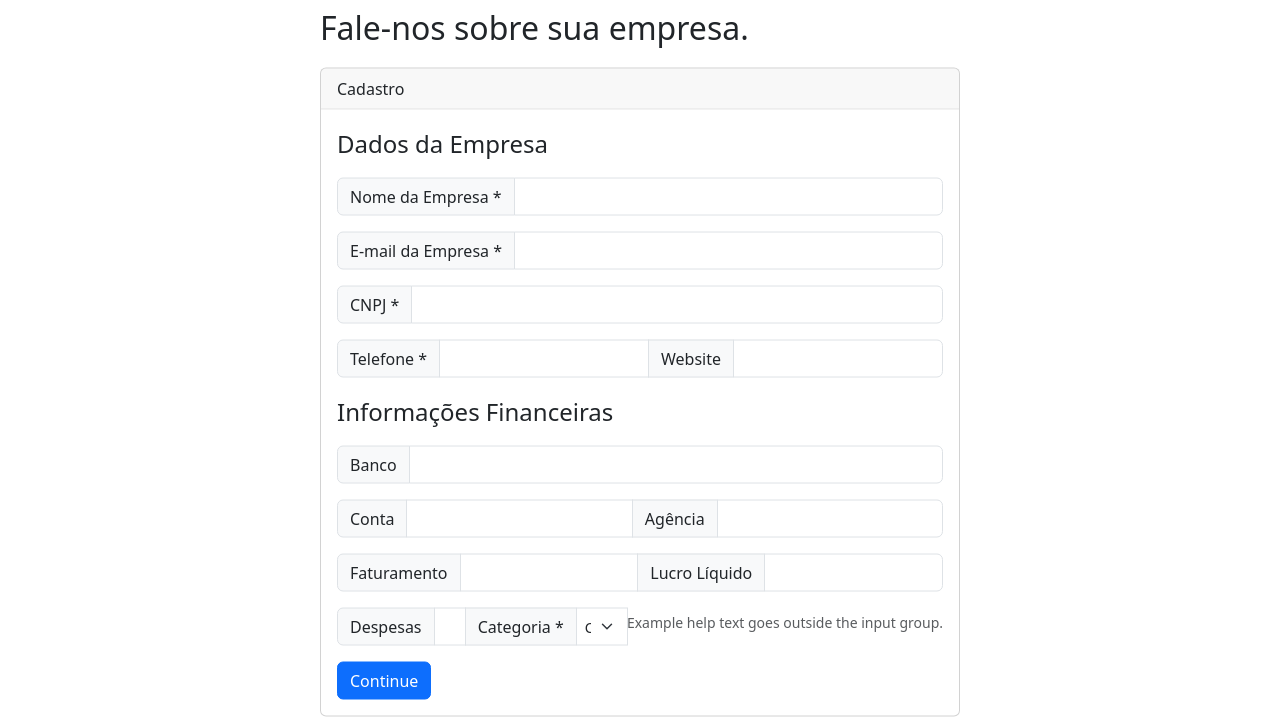
Repository: vandrecx/utilitaries
Page: http://localhost/login_archive/cadastro.php
The author's editor kept a copy of each file at every save. The page is drawn from the files as they stood at one save, then again after the next save.
The browser window is 1280 px wide. The pictures show the whole page.
The page is run by PHP 8.4 with error messages shown; the project is at /var/www/html/.

Above is the page before, as saved 2024-05-03 13:37:40.

### login_archive/cadastro.php
<?php

require_once 'Conn.php';
include 'funcoes.php';

?>

<!DOCTYPE html>
<html lang="en">
<head>
    <meta charset="UTF-8">
    <meta name="viewport" content="width=device-width, initial-scale=1.0">
    <link href="https://cdn.jsdelivr.net/npm/bootstrap@5.3.3/dist/css/bootstrap.min.css" rel="stylesheet" integrity="sha384-QWTKZyjpPEjISv5WaRU9OFeRpok6YctnYmDr5pNlyT2bRjXh0JMhjY6hW+ALEwIH" crossorigin="anonymous">
    <title>Página de Cadastro</title>
</head>
<body>
    <div style="width: 50%; justify-content: center; position: absolute; top: 50%; left: 50%; transform: translate(-50%, -50%);">
        <p class="fs-2">Fale-nos sobre sua empresa.</p>
        <div class="card">
            <div class="card-header">
                Cadastro
            </div>
            <div class="card-body">
                <p class="fs-4">Dados da Empresa</p>
                <form method="POST" action="UserSignUp.php">
                    <div class="input-group mb-3">
                        <span class="input-group-text" id="inputGroup-sizing-default">Nome da Empresa *</span>
                        <input type="text" class="form-control" aria-label="Sizing example input" aria-describedby="inputGroup-sizing-default">
                    </div>
                    <div class="input-group mb-3">
                        <span class="input-group-text" id="inputGroup-sizing-default">E-mail da Empresa *</span>
                        <input type="text" class="form-control" aria-label="Sizing example input" aria-describedby="inputGroup-sizing-default">
                    </div>
                    <div class="input-group mb-3">
                        <span class="input-group-text" id="inputGroup-sizing-default">CNPJ *</span>
                        <input type="text" class="form-control" aria-label="Sizing example input" aria-describedby="inputGroup-sizing-default">
                    </div>
                    <div class="input-group mb-3">
                        <span class="input-group-text" id="inputGroup-sizing-default">Telefone *</span>
                        <input type="text" class="form-control" aria-label="Sizing example input" aria-describedby="inputGroup-sizing-default">
                        <span class="input-group-text" id="inputGroup-sizing-default">Website</span>
                        <input type="text" class="form-control" aria-label="Sizing example input" aria-describedby="inputGroup-sizing-default">
                    </div>
                    <p class="fs-4">Informações Financeiras</p>
                    <div class="input-group mb-3">
                        <span class="input-group-text" id="inputGroup-sizing-default">Banco</span>
                        <input type="text" class="form-control" aria-label="Sizing example input" aria-describedby="inputGroup-sizing-default">
                    </div>
                    <div class="input-group mb-3">
                        <span class="input-group-text" id="inputGroup-sizing-default">Conta</span>
                        <input type="text" class="form-control" aria-label="Sizing example input" aria-describedby="inputGroup-sizing-default">
                        <span class="input-group-text" id="inputGroup-sizing-default">Agência</span>
                        <input type="text" class="form-control" aria-label="Sizing example input" aria-describedby="inputGroup-sizing-default">
                    </div>
                    <div class="input-group mb-3">
                        <span class="input-group-text" id="inputGroup-sizing-default">Faturamento</span>
                        <input type="text" class="form-control" aria-label="Sizing example input" aria-describedby="inputGroup-sizing-default">
                        <span class="input-group-text" id="inputGroup-sizing-default">Lucro Líquido</span>
                        <input type="text" class="form-control" aria-label="Sizing example input" aria-describedby="inputGroup-sizing-default">
                    </div>
                    <div class="input-group mb-3">
                        <span class="input-group-text" id="inputGroup-sizing-default">Despesas</span>
                        <input type="text" class="form-control" aria-label="Sizing example input" aria-describedby="inputGroup-sizing-default">
                        <span class="input-group-text" id="inputGroup-sizing-default">Categoria *</span>
                        <select class="form-select form-select-sm" aria-label="Large select example">
                            <option selected>Categoria da sua empresa</option>
                            <option value="1">Prestação de Serviços</option>
                            <option value="2">Indústria</option>
                            <option value="3">Vendas</option>
                        </select>
                        <div class="form-text" id="basic-addon4">Example help text goes outside the input group.</div>
                    </div>
                    <button type="submit" class="btn btn-primary" name="submit">Continue</button>
                </form>
            </div>
        </div>
    </div>

</body>
</html>

### login_archive/Conn.php
<?php

//PDO (PHP DATA OBJECTS)

$pdo = new PDO("mysql:host=localhost; dbname=sistema; charset=UTF8", "root", ""); // REALIZA CONEXÃO COM PDO
$pdo->setAttribute(PDO::ATTR_ERRMODE, PDO::ERRMODE_EXCEPTION); // EXCEPTIONS

?>

### login_archive/funcoes.php
<?php

require_once 'Conn.php';

// FUNÇÃO RESPONSÁVEL POR SANITIZAR OS DADOS PASSADOS POR POST
function sanitizeData($input_name, $type){
    switch ($type){

        case 'text':
            return filter_input(INPUT_POST, $input_name, FILTER_SANITIZE_SPECIAL_CHARS);
            break;

        case 'email':
            $email = filter_input(INPUT_POST, $input_name, FILTER_SANITIZE_EMAIL);
            //VALIDAR EMAIL AQUI NO MEIO
            return $email;
            break;

        case 'url':
            return filter_input(INPUT_POST, $input_name, FILTER_SANITIZE_URL);
            break;

        case 'int':
            return filter_input(INPUT_POST, $input_name, FILTER_SANITIZE_NUMBER_INT);
            break;

        case 'float':
            return filter_input(INPUT_POST, $input_name, FILTER_SANITIZE_NUMBER_FLOAT);
            break;

        default:
            return $input_name;
    }
}

// GERA SENHA ALEATÓRIA DE 6 CARACTERES
function generatePassword(){
    $chars = 'abcdefghijklmnopqrstuvwxyzABCDEFGHIJKLMNOPQRSTUVWXYZ0123456789!@#$%^&*()-_=+';
    return substr(str_shuffle($chars), 0, 5) . substr(str_shuffle('ABCDEFGHIJKLMNOPQRSTUVWXYZ!@#$%^&*()-_=+'), 0, 1);
}

// ATUALIZA SENHA (usada em ForgotPassword.php)
function updatePass($newpass, $email, $pdo){

    try{

        $update = $pdo->prepare("UPDATE entidade SET s_password_entidade = :new_pass WHERE s_enterpriseemail_entidade = :s_enterpriseemail_entidade");
        $update->bindParam(':new_pass', $newpass);
        $update->bindParam(':s_enterpriseemail_entidade', $email);
        $update->execute();

    } catch(PDOException $err) {

        echo 'Erro na atualização: ' . $err;

    }

}

//ESCONDE EMAIL DE RECUPERAÇÃO PASSADO POR SESSION
function hideEmail(){

    session_start();

    $email = $_SESSION['pass_repair'];
    $encript_email = substr($email, 0, 5);
    $result_email = $encript_email . str_repeat("*", strlen($email) - 5);

    session_destroy();

    return $result_email;
}

?>

After the next save:
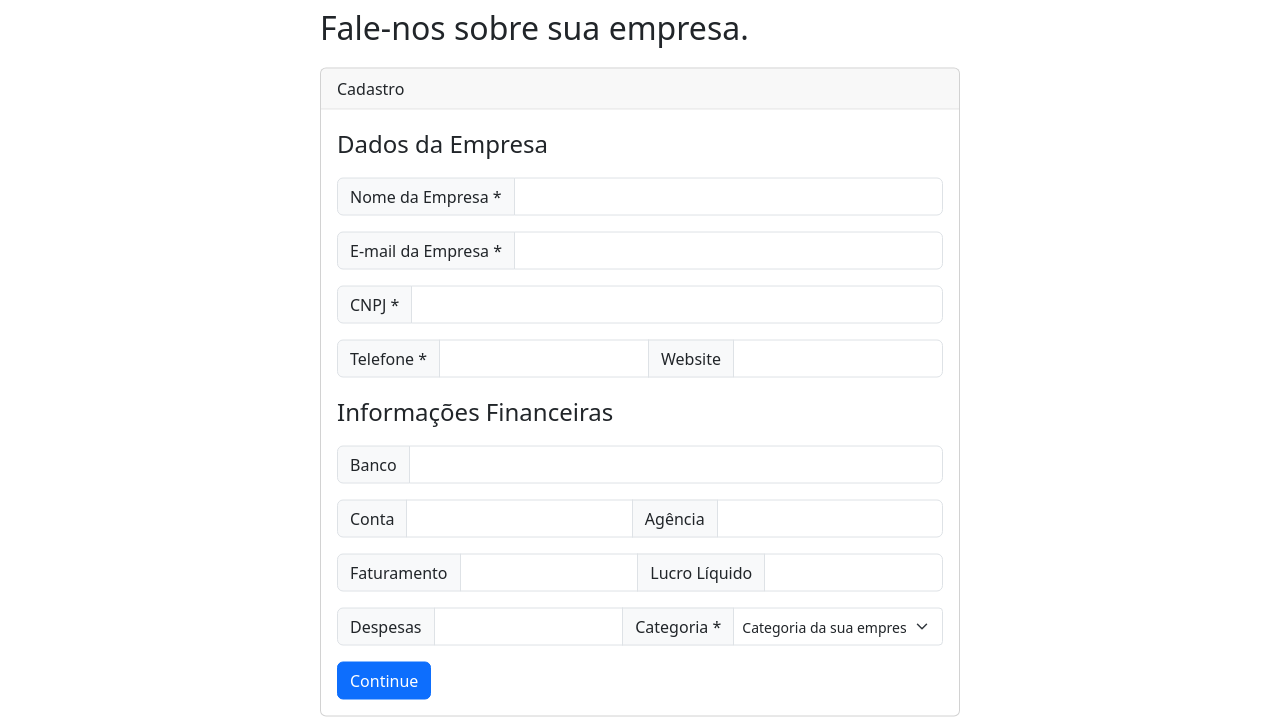
Saved 7 s later.
--- a/login_archive/cadastro.php
+++ b/login_archive/cadastro.php
@@ -68,7 +68,6 @@ include 'funcoes.php';
                             <option value="2">Indústria</option>
                             <option value="3">Vendas</option>
                         </select>
-                        <div class="form-text" id="basic-addon4">Example help text goes outside the input group.</div>
                     </div>
                     <button type="submit" class="btn btn-primary" name="submit">Continue</button>
                 </form>
